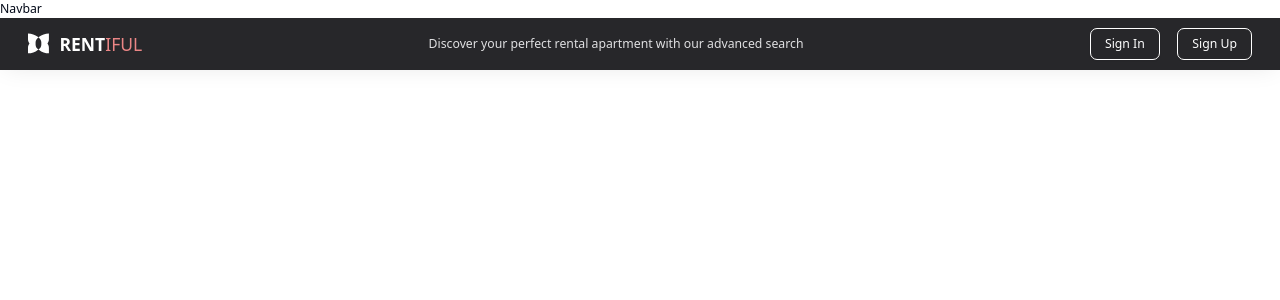
Repository: richiectr360/real-estate-prod
Page: /landing (app in client/)
These files come from the project's save history. The page is drawn as it stood at one moment and after the next save; the edit follows.
The browser window is 1280 px wide. The pictures show the whole page.
The page's requests for data from a server got no answer. The project was rebuilt for these pictures with package versions that can differ from the ones it lists, and the page was loaded fresh each time. The framework's server and built-in components were replaced by stand-ins that run in the browser. No one was signed in, and anything a server would have sent is missing. Also part of the build but not shown: client/next.config.ts.

Above is the page before, as saved 2025-05-21 20:57:29.

### client/src/app/layout.tsx
import type { Metadata } from "next";
import { Geist, Geist_Mono } from "next/font/google";
import "./globals.css";
import Providers from "./providers";
import { Toaster } from "@/components/ui/sonner";

const geistSans = Geist({
  variable: "--font-geist-sans",
  subsets: ["latin"],
});

const geistMono = Geist_Mono({
  variable: "--font-geist-mono",
  subsets: ["latin"],
});

export const metadata: Metadata = {
  title: "Create Next App",
  description: "Generated by create next app",
};

export default function RootLayout({
  children,
}: Readonly<{
  children: React.ReactNode;
}>) {
  return (
    <html lang="en">
      <body
        className={`${geistSans.variable} ${geistMono.variable} antialiased`}
      >
        <Providers>{children}</Providers>
      </body>
    </html>
  );
}

### client/src/app/(nondashboard)/layout.tsx
// "use client";

// import Navbar from "@/components/Navbar";
// import { NAVBAR_HEIGHT } from "@/lib/constants";
// import { useGetAuthUserQuery } from "@/state/api";
// import { usePathname, useRouter } from "next/navigation";
// import React, { useEffect, useState } from "react";

// const Layout = ({ children }: { children: React.ReactNode }) => {
//   const { data: authUser, isLoading: authLoading } = useGetAuthUserQuery();
//   const router = useRouter();
//   const pathname = usePathname();
//   const [isLoading, setIsLoading] = useState(true);

//   useEffect(() => {
//     if (authUser) {
//       const userRole = authUser.userRole?.toLowerCase();
//       if (
//         (userRole === "manager" && pathname.startsWith("/search")) ||
//         (userRole === "manager" && pathname === "/")
//       ) {
//         router.push("/managers/properties", { scroll: false });
//       } else {
//         setIsLoading(false);
//       }
//     }
//   }, [authUser, router, pathname]);

//   if (authLoading || isLoading) return <>Loading...</>;

//   return (
//     <div className="h-full w-full">
//       <Navbar />
//       <main
//         className={`h-full flex w-full flex-col`}
//         style={{ paddingTop: `${NAVBAR_HEIGHT}px` }}
//       >
//         {children}
//       </main>
//     </div>
//   );
// };

// export default Layout;

////////////
"use client";

import Navbar from "@/components/Navbar";
import { NAVBAR_HEIGHT } from "@/lib/constants";
import React from 'react';

const Layout = ({ children }: { children: React.ReactNode }) => {
    return (
    <div className="h-full w-full">
        <Navbar />
        <main className={`h-full flex w-full flex-col`}
            style={{ paddingTop: `${NAVBAR_HEIGHT}px`}}
        >
            {children}
        </main>
    </div>
    );
}

export default Layout;

### client/src/app/(nondashboard)/landing/page.tsx
// import React from "react";
// import HeroSection from "./HeroSection";
// import FeaturesSection from "./FeaturesSection";
// import DiscoverSection from "./DiscoverSection";
// import CallToActionSection from "./CallToActionSection";
// import FooterSection from "./FooterSection";

// const Landing = () => {
//   return (
//     <div>
//       <HeroSection />
//       <FeaturesSection />
//       <DiscoverSection />
//       <CallToActionSection />
//       <FooterSection />
//     </div>
//   );
// };

// export default Landing;


import React from "react";
import HeroSection from "./HeroSection";

const Landing = () => {
  return (
    <div>
      <HeroSection />
    </div>
  );
};

export default Landing;

### client/src/app/providers.tsx
// "use client";

// import StoreProvider from "@/state/redux";
// import { Authenticator } from "@aws-amplify/ui-react";
// import Auth from "./(auth)/authProvider";

// const Providers = ({ children }: { children: React.ReactNode }) => {
//   return (
//     <StoreProvider>
//       <Authenticator.Provider>
//         <Auth>{children}</Auth>
//       </Authenticator.Provider>
//     </StoreProvider>
//   );
// };

// export default Providers;

"use client";

import StoreProvider from "@/state/redux";

const Providers = ({ children }: { children: React.ReactNode }) =>  {
    return (
        <StoreProvider>
            {children}
        </StoreProvider>
    )
}


export default Providers;

### client/src/components/Navbar.tsx
// "use client";

// import { NAVBAR_HEIGHT } from "@/lib/constants";
// import Image from "next/image";
// import Link from "next/link";
// import React from "react";
// import { Button } from "./ui/button";
// import { useGetAuthUserQuery } from "@/state/api";
// import { usePathname, useRouter } from "next/navigation";
// import { signOut } from "aws-amplify/auth";
// import { Bell, MessageCircle, Plus, Search } from "lucide-react";
// import {
//   DropdownMenu,
//   DropdownMenuContent,
//   DropdownMenuItem,
//   DropdownMenuSeparator,
//   DropdownMenuTrigger,
// } from "./ui/dropdown-menu";
// import { Avatar, AvatarFallback, AvatarImage } from "./ui/avatar";
// import { SidebarTrigger } from "./ui/sidebar";

// const Navbar = () => {
//   const { data: authUser } = useGetAuthUserQuery();
//   const router = useRouter();
//   const pathname = usePathname();

//   const isDashboardPage =
//     pathname.includes("/managers") || pathname.includes("/tenants");

//   const handleSignOut = async () => {
//     await signOut();
//     window.location.href = "/";
//   };

//   return (
//     <div
//       className="fixed top-0 left-0 w-full z-50 shadow-xl"
//       style={{ height: `${NAVBAR_HEIGHT}px` }}
//     >
//       <div className="flex justify-between items-center w-full py-3 px-8 bg-primary-700 text-white">
//         <div className="flex items-center gap-4 md:gap-6">
//           {isDashboardPage && (
//             <div className="md:hidden">
//               <SidebarTrigger />
//             </div>
//           )}
//           <Link
//             href="/"
//             className="cursor-pointer hover:!text-primary-300"
//             scroll={false}
//           >
//             <div className="flex items-center gap-3">
//               <Image
//                 src="/logo.svg"
//                 alt="Rentiful Logo"
//                 width={24}
//                 height={24}
//                 className="w-6 h-6"
//               />
//               <div className="text-xl font-bold">
//                 RENT
//                 <span className="text-secondary-500 font-light hover:!text-primary-300">
//                   IFUL
//                 </span>
//               </div>
//             </div>
//           </Link>
//           {isDashboardPage && authUser && (
//             <Button
//               variant="secondary"
//               className="md:ml-4 bg-primary-50 text-primary-700 hover:bg-secondary-500 hover:text-primary-50"
//               onClick={() =>
//                 router.push(
//                   authUser.userRole?.toLowerCase() === "manager"
//                     ? "/managers/newproperty"
//                     : "/search"
//                 )
//               }
//             >
//               {authUser.userRole?.toLowerCase() === "manager" ? (
//                 <>
//                   <Plus className="h-4 w-4" />
//                   <span className="hidden md:block ml-2">Add New Property</span>
//                 </>
//               ) : (
//                 <>
//                   <Search className="h-4 w-4" />
//                   <span className="hidden md:block ml-2">
//                     Search Properties
//                   </span>
//                 </>
//               )}
//             </Button>
//           )}
//         </div>
//         {!isDashboardPage && (
//           <p className="text-primary-200 hidden md:block">
//             Discover your perfect rental apartment with our advanced search
//           </p>
//         )}
//         <div className="flex items-center gap-5">
//           {authUser ? (
//             <>
//               <div className="relative hidden md:block">
//                 <MessageCircle className="w-6 h-6 cursor-pointer text-primary-200 hover:text-primary-400" />
//                 <span className="absolute top-0 right-0 w-2 h-2 bg-secondary-700 rounded-full"></span>
//               </div>
//               <div className="relative hidden md:block">
//                 <Bell className="w-6 h-6 cursor-pointer text-primary-200 hover:text-primary-400" />
//                 <span className="absolute top-0 right-0 w-2 h-2 bg-secondary-700 rounded-full"></span>
//               </div>

//               <DropdownMenu>
//                 <DropdownMenuTrigger className="flex items-center gap-2 focus:outline-none">
//                   <Avatar>
//                     <AvatarImage src={authUser.userInfo?.image} />
//                     <AvatarFallback className="bg-primary-600">
//                       {authUser.userRole?.[0].toUpperCase()}
//                     </AvatarFallback>
//                   </Avatar>
//                   <p className="text-primary-200 hidden md:block">
//                     {authUser.userInfo?.name}
//                   </p>
//                 </DropdownMenuTrigger>
//                 <DropdownMenuContent className="bg-white text-primary-700">
//                   <DropdownMenuItem
//                     className="cursor-pointer hover:!bg-primary-700 hover:!text-primary-100 font-bold"
//                     onClick={() =>
//                       router.push(
//                         authUser.userRole?.toLowerCase() === "manager"
//                           ? "/managers/properties"
//                           : "/tenants/favorites",
//                         { scroll: false }
//                       )
//                     }
//                   >
//                     Go to Dashboard
//                   </DropdownMenuItem>
//                   <DropdownMenuSeparator className="bg-primary-200" />
//                   <DropdownMenuItem
//                     className="cursor-pointer hover:!bg-primary-700 hover:!text-primary-100"
//                     onClick={() =>
//                       router.push(
//                         `/${authUser.userRole?.toLowerCase()}s/settings`,
//                         { scroll: false }
//                       )
//                     }
//                   >
//                     Settings
//                   </DropdownMenuItem>
//                   <DropdownMenuItem
//                     className="cursor-pointer hover:!bg-primary-700 hover:!text-primary-100"
//                     onClick={handleSignOut}
//                   >
//                     Sign out
//                   </DropdownMenuItem>
//                 </DropdownMenuContent>
//               </DropdownMenu>
//             </>
//           ) : (
//             <>
//               <Link href="/signin">
//                 <Button
//                   variant="outline"
//                   className="text-white border-white bg-transparent hover:bg-white hover:text-primary-700 rounded-lg"
//                 >
//                   Sign In
//                 </Button>
//               </Link>
//               <Link href="/signup">
//                 <Button
//                   variant="secondary"
//                   className="text-white bg-secondary-600 hover:bg-white hover:text-primary-700 rounded-lg"
//                 >
//                   Sign Up
//                 </Button>
//               </Link>
//             </>
//           )}
//         </div>
//       </div>
//     </div>
//   );
// };

// export default Navbar;

import { NAVBAR_HEIGHT } from '@/lib/constants'
import Image from 'next/image'
import Link from 'next/link'
import React from 'react'
import { Button } from './ui/button'

const Navbar = () => {
  return (
    <div className='fixed top-0 left-0 w-full z-50 shadow-xl'
    style={{ height: `${NAVBAR_HEIGHT}px` }}
    >Navbar
      <div className='flex justify-between items-center w-full py-3 px-8 bg-primary-700 text-white'>
        <div className='flex items-center gap-4 md:gap-6'>
          <Link href='/'
          className='cursor-pointer hover:!text-primary-300'
          scroll={false}>
            <div className='flex items-center gap-3'>
              <Image
                src='/logo.svg'
                alt='Rentiful Logo'
                width={24}
                height={24}
                className='w-6 h-6'
              />
              <div className='text-xl font-bold'>
                RENT
                <span className='text-secondary-500 font-light hover:!text-primary-300'>
                  IFUL
                </span>
              </div>
            </div>
          </Link>
        </div>
          <p className='text-primary-200 hidden md:block'>
            Discover your perfect rental apartment with our advanced search
          </p>
          <div className='flex items-center gap-5'>
            <Link href='/signin'>
              <Button
                variant='outline'
                className='text-white border-white bg-transparent hover:bg-white hover:text-primary-700 rounded-lg'
              >
                Sign In
              </Button>
            </Link>
            <Link href='/signup'>
              <Button
                variant='outline'
                className='text-white border-white bg-transparent hover:bg-white hover:text-primary-700 rounded-lg'
              >
                Sign Up
              </Button>
            </Link>
          </div>
      </div>
    </div>
  )
}

export default Navbar

### client/src/app/(nondashboard)/landing/HeroSection.tsx
// "use client";

// import Image from "next/image";
// import React, { useState } from "react";
// import { motion } from "framer-motion";
// import { Input } from "@/components/ui/input";
// import { Button } from "@/components/ui/button";
// import { useDispatch } from "react-redux";
// import { useRouter } from "next/navigation";
// import { setFilters } from "@/state";

// const HeroSection = () => {
//   const dispatch = useDispatch();
//   const [searchQuery, setSearchQuery] = useState("");
//   const router = useRouter();

//   const handleLocationSearch = async () => {
//     try {
//       const trimmedQuery = searchQuery.trim();
//       if (!trimmedQuery) return;

//       const response = await fetch(
//         `https://api.mapbox.com/geocoding/v5/mapbox.places/${encodeURIComponent(
//           trimmedQuery
//         )}.json?access_token=${
//           process.env.NEXT_PUBLIC_MAPBOX_ACCESS_TOKEN
//         }&fuzzyMatch=true`
//       );
//       const data = await response.json();
//       if (data.features && data.features.length > 0) {
//         const [lng, lat] = data.features[0].center;
//         dispatch(
//           setFilters({
//             location: trimmedQuery,
//             coordinates: [lat, lng],
//           })
//         );
//         const params = new URLSearchParams({
//           location: trimmedQuery,
//           lat: lat.toString(),
//           lng: lng,
//         });
//         router.push(`/search?${params.toString()}`);
//       }
//     } catch (error) {
//       console.error("error search location:", error);
//     }
//   };

//   return (
//     <div className="relative h-screen">
//       <Image
//         src="/landing-splash.jpg"
//         alt="Rentiful Rental Platform Hero Section"
//         fill
//         className="object-cover object-center"
//         priority
//       />
//       <div className="absolute inset-0 bg-black bg-opacity-60"></div>
//       <motion.div
//         initial={{ opacity: 0, y: 20 }}
//         animate={{ opacity: 1, y: 0 }}
//         transition={{ duration: 0.8 }}
//         className="absolute top-1/3 transform -translate-x-1/2 -translate-y-1/2 text-center w-full"
//       >
//         <div className="max-w-4xl mx-auto px-16 sm:px-12">
//           <h1 className="text-5xl font-bold text-white mb-4">
//             Start your journey to finding the perfect place to call home
//           </h1>
//           <p className="text-xl text-white mb-8">
//             Explore our wide range of rental properties tailored to fit your
//             lifestyle and needs!
//           </p>

//           <div className="flex justify-center">
//             <Input
//               type="text"
//               value={searchQuery}
//               onChange={(e) => setSearchQuery(e.target.value)}
//               placeholder="Search by city, neighborhood or address"
//               className="w-full max-w-lg rounded-none rounded-l-xl border-none bg-white h-12"
//             />
//             <Button
//               onClick={handleLocationSearch}
//               className="bg-secondary-500 text-white rounded-none rounded-r-xl border-none hover:bg-secondary-600 h-12"
//             >
//               Search
//             </Button>
//           </div>
//         </div>
//       </motion.div>
//     </div>
//   );
// };

// export default HeroSection;

import React from 'react'

const HeroSection = () => {
  return (
    <div>HeroSection</div>
  )
}

export default HeroSection

### client/src/state/redux.tsx
"use client";

import { useRef } from "react";
import { TypedUseSelectorHook, useDispatch, useSelector } from "react-redux";
import { combineReducers, configureStore } from "@reduxjs/toolkit";
import { Provider } from "react-redux";
import { setupListeners } from "@reduxjs/toolkit/query";
import globalReducer from "@/state";
import { api } from "@/state/api";

/* REDUX STORE */
const rootReducer = combineReducers({
  global: globalReducer,
  [api.reducerPath]: api.reducer,
});

export const makeStore = () => {
  return configureStore({
    reducer: rootReducer,
    middleware: (getDefaultMiddleware) =>
      getDefaultMiddleware().concat(api.middleware),
  });
};

/* REDUX TYPES */
export type AppStore = ReturnType<typeof makeStore>;
export type RootState = ReturnType<AppStore["getState"]>;
export type AppDispatch = AppStore["dispatch"];
export const useAppDispatch = () => useDispatch<AppDispatch>();
export const useAppSelector: TypedUseSelectorHook<RootState> = useSelector;

/* PROVIDER */
export default function StoreProvider({
  children,
}: {
  children: React.ReactNode;
}) {
  const storeRef = useRef<AppStore | null>(null);
  if (!storeRef.current) {
    storeRef.current = makeStore();
    setupListeners(storeRef.current.dispatch);
  }
  return <Provider store={storeRef.current}>{children}</Provider>;
}

### client/src/components/ui/button.tsx
import * as React from "react"
import { Slot } from "@radix-ui/react-slot"
import { cva, type VariantProps } from "class-variance-authority"

import { cn } from "@/lib/utils"

const buttonVariants = cva(
  "inline-flex items-center justify-center gap-2 whitespace-nowrap rounded-md text-sm font-medium transition-colors focus-visible:outline-none focus-visible:ring-1 focus-visible:ring-ring disabled:pointer-events-none disabled:opacity-50 [&_svg]:pointer-events-none [&_svg]:size-4 [&_svg]:shrink-0",
  {
    variants: {
      variant: {
        default:
          "bg-primary text-primary-foreground shadow hover:bg-primary/90",
        destructive:
          "bg-destructive text-destructive-foreground shadow-sm hover:bg-destructive/90",
        outline:
          "border border-input bg-background shadow-sm hover:bg-accent hover:text-accent-foreground",
        secondary:
          "bg-secondary text-secondary-foreground shadow-sm hover:bg-secondary/80",
        ghost: "hover:bg-accent hover:text-accent-foreground",
        link: "text-primary underline-offset-4 hover:underline",
      },
      size: {
        default: "h-9 px-4 py-2",
        sm: "h-8 rounded-md px-3 text-xs",
        lg: "h-10 rounded-md px-8",
        icon: "h-9 w-9",
      },
    },
    defaultVariants: {
      variant: "default",
      size: "default",
    },
  }
)

export interface ButtonProps
  extends React.ButtonHTMLAttributes<HTMLButtonElement>,
    VariantProps<typeof buttonVariants> {
  asChild?: boolean
}

const Button = React.forwardRef<HTMLButtonElement, ButtonProps>(
  ({ className, variant, size, asChild = false, ...props }, ref) => {
    const Comp = asChild ? Slot : "button"
    return (
      <Comp
        className={cn(buttonVariants({ variant, size, className }))}
        ref={ref}
        {...props}
      />
    )
  }
)
Button.displayName = "Button"

export { Button, buttonVariants }

Loaded but not shown: client/src/app/globals.css (common file); client/src/lib/constants.ts (common file); client/src/state/index.ts (common file); client/src/lib/utils.ts (common file); client/tailwind.config.ts (common file); client/src/state/api.ts (376 lines, source omitted)

After the next save:
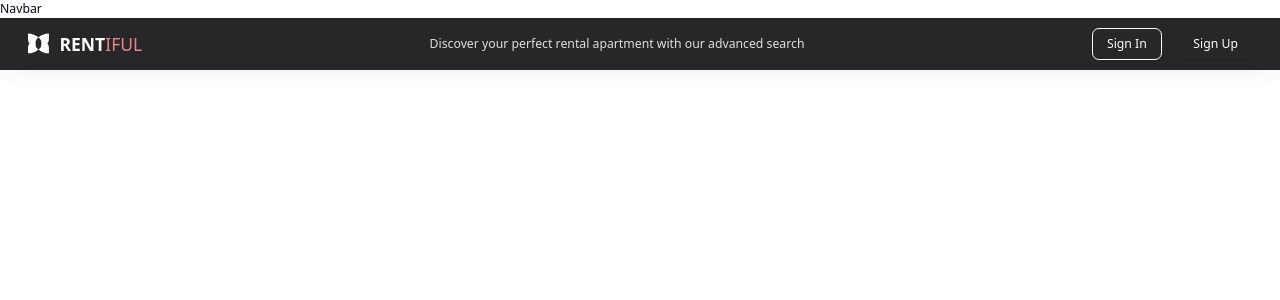
Saved 107 s later.
--- a/client/src/components/Navbar.tsx
+++ b/client/src/components/Navbar.tsx
@@ -232,7 +232,7 @@ const Navbar = () => {
             </Link>
             <Link href='/signup'>
               <Button
-                variant='outline'
+                variant='secondary'
                 className='text-white border-white bg-transparent hover:bg-white hover:text-primary-700 rounded-lg'
               >
                 Sign Up
